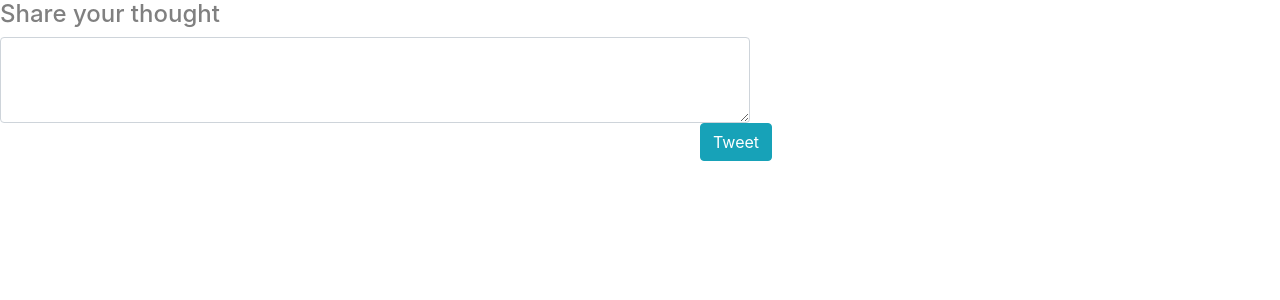
Repository: rashmikagamage/OAuth-Implementation
Page: / (app in frontend/)
These files come from the project's save history. The page is drawn as it stood at one moment and after a run of saves; the edit follows.
The browser window is 1280 px wide. The pictures show the whole page.
Some web libraries are served in a nearby version. The project was rebuilt for these pictures with package versions that can differ from the ones it lists, and the page was loaded fresh each time. Also part of the build but not shown: frontend/src/components/login.js, frontend/src/components/git-home.js, frontend/src/App.css.

Above is the page before, as saved 2021-09-08 10:04:08.

### frontend/public/index.html
<!DOCTYPE html>
<html lang="en">
  <head>
    <meta charset="utf-8" />
    <link rel="icon" href="%PUBLIC_URL%/favicon.ico" />
    <meta name="viewport" content="width=device-width, initial-scale=1" />
    <meta name="theme-color" content="#000000" />
    <meta
      name="description"
      content="Web site created using create-react-app"
    />
    <link rel="apple-touch-icon" href="%PUBLIC_URL%/logo192.png" />
    <!--
      manifest.json provides metadata used when your web app is installed on a
      user's mobile device or desktop. See https://developers.google.com/web/fundamentals/web-app-manifest/
    -->
    <link rel="manifest" href="%PUBLIC_URL%/manifest.json" />
    <link rel="stylesheet" href="https://pro.fontawesome.com/releases/v5.13.0/css/all.css">
    <link rel="shortcut icon" href="%PUBLIC_URL%/favicon.ico">
    <!--
      Notice the use of %PUBLIC_URL% in the tags above.
      It will be replaced with the URL of the `public` folder during the build.
      Only files inside the `public` folder can be referenced from the HTML.

      Unlike "/favicon.ico" or "favicon.ico", "%PUBLIC_URL%/favicon.ico" will
      work correctly both with client-side routing and a non-root public URL.
      Learn how to configure a non-root public URL by running `npm run build`.
    -->
    <link rel="stylesheet" href="https://maxcdn.bootstrapcdn.com/bootstrap/4.0.0/css/bootstrap.min.css" integrity="sha384-Gn5384xqQ1aoWXA+058RXPxPg6fy4IWvTNh0E263XmFcJlSAwiGgFAW/dAiS6JXm" crossorigin="anonymous">
    <title>React App</title>

  </head>
  <body>

    <noscript>You need to enable JavaScript to run this app.</noscript>
    <div id="root"></div>
    <!--
      This HTML file is a template.
      If you open it directly in the browser, you will see an empty page.

      You can add webfonts, meta tags, or analytics to this file.
      The build step will place the bundled scripts into the <body> tag.

      To begin the development, run `npm start` or `yarn start`.
      To create a production bundle, use `npm run build` or `yarn build`.
    -->
    <script src="https://code.jquery.com/jquery-3.2.1.slim.min.js" integrity="sha384-KJ3o2DKtIkvYIK3UENzmM7KCkRr/rE9/Qpg6aAZGJwFDMVNA/GpGFF93hXpG5KkN" crossorigin="anonymous"></script>
    <script src="https://cdnjs.cloudflare.com/ajax/libs/popper.js/1.12.9/umd/popper.min.js" integrity="sha384-ApNbgh9B+Y1QKtv3Rn7W3mgPxhU9K/ScQsAP7hUibX39j7fakFPskvXusvfa0b4Q" crossorigin="anonymous"></script>
    <script src="https://maxcdn.bootstrapcdn.com/bootstrap/4.0.0/js/bootstrap.min.js" integrity="sha384-JZR6Spejh4U02d8jOt6vLEHfe/JQGiRRSQQxSfFWpi1MquVdAyjUar5+76PVCmYl" crossorigin="anonymous"></script>
  </body>
</html>

### frontend/src/App.js
import Login from './components/login';
import GitHome from './components/git-home';
import TwitterHome from './components/twitter-home';
import {BrowserRouter as Router, Route} from "react-router-dom";
import './App.css';

function App() {
  return (

    <Router>{
      <div>
          <switch>
              <Route path="/login" component={Login}/>
              <Route path="/auth/github/callback" component={GitHome}/>
              <Route path="/" component={TwitterHome}/>
          </switch>
      </div>
  }

  </Router>
  );
}

export default App;

### frontend/src/components/twitter-home.js
import "../css/twitter.css";
import React, { useState } from "react";
const axios = require("axios").default;

function TwitterHome(props) {

    function tweet(){

    }
  return (
    <div>
      <h4 class="tweetHeader">Share your thought</h4>
         <textarea class="form-control text" id="exampleFormControlTextarea1" rows="3"></textarea>
        <button type="button" class="btn btn-info twt-button" onClick={() => tweet()} >Tweet</button>
    </div>
  );
}

export default TwitterHome;

### frontend/src/css/twitter.css
.login{
    width: 240px;
    margin-top: 50px;
    margin-left: 450px;
}
.margin5{
    margin-top: 55px;
}
.buttonSize{
    width: 250px;
    margin-left: 50px;
}
.text{
    width: 750px;
}
.tweetHeader{
    color:gray;
}

.twt-button{
    margin-left: 700px;
}

Loaded but not shown: frontend/src/index.js (common file); frontend/src/index.css (common file); frontend/src/reportWebVitals.js (common file)

After the next 2 saves:
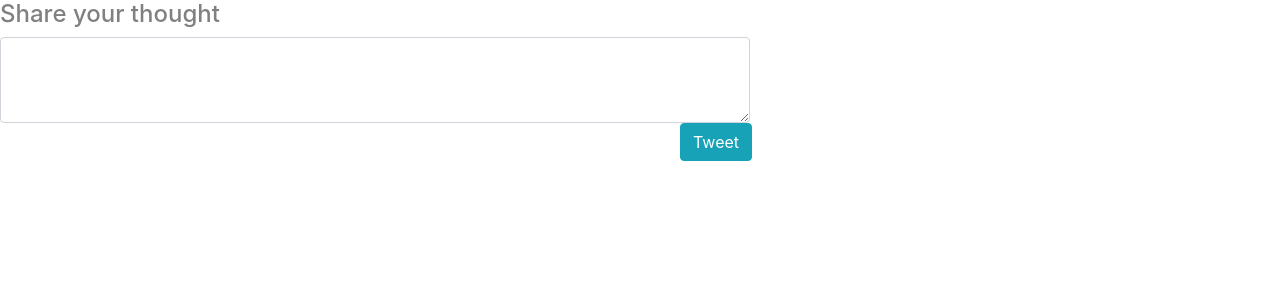
The 2 saves are shown as one change because they came seconds apart.
The last was saved 8 s later.
--- a/frontend/src/css/twitter.css
+++ b/frontend/src/css/twitter.css
@@ -18,5 +18,5 @@
 }
 
 .twt-button{
-    margin-left: 700px;
+    margin-left: 680px;
 }
